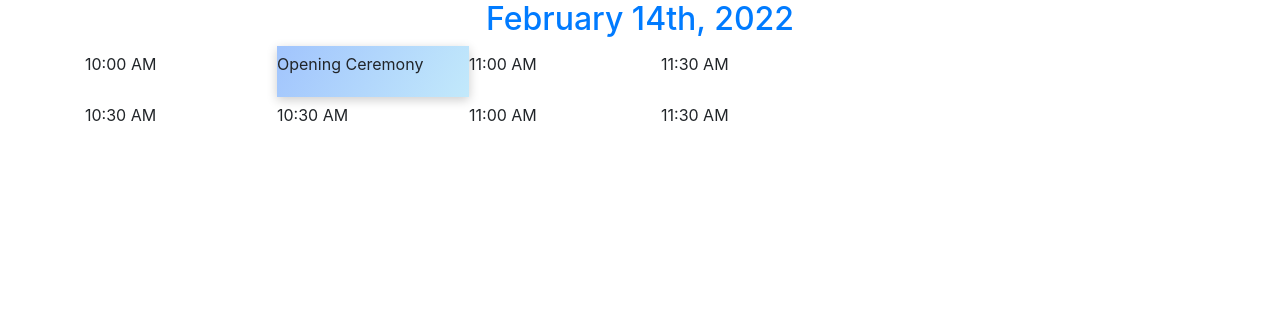
Repository: BaileyLuu/yuHacks2022
Page: public/schedule.html
An editor plug-in stored every save of this project. The page is shown before and after the next save, followed by the edit.
The browser window is 1280 px wide. The pictures show the whole page.
Some web libraries are served in a nearby version.

Above is the page before, as saved 2021-11-20 12:47:35.

### public/schedule.html
<!DOCTYPE html>
<html lang="en">

<head>
    <meta charset="UTF-8">
    <meta http-equiv="X-UA-Compatible" content="IE=edge">
    <meta name="viewport" content="width=device-width, initial-scale=1.0">

    <script src="https://ajax.googleapis.com/ajax/libs/jquery/3.5.1/jquery.min.js"></script>

    <!-- Popper JS -->
    <script src="https://cdnjs.cloudflare.com/ajax/libs/popper.js/1.12.9/umd/popper.min.js"
        integrity="sha384-ApNbgh9B+Y1QKtv3Rn7W3mgPxhU9K/ScQsAP7hUibX39j7fakFPskvXusvfa0b4Q"
        crossorigin="anonymous"></script>

    <!-- Latest compiled JavaScript -->
    <script src="https://maxcdn.bootstrapcdn.com/bootstrap/4.0.0/js/bootstrap.min.js"
        integrity="sha384-JZR6Spejh4U02d8jOt6vLEHfe/JQGiRRSQQxSfFWpi1MquVdAyjUar5+76PVCmYl"
        crossorigin="anonymous"></script>

    <!-- Latest compiled and minified CSS -->
    <link rel="stylesheet" href="https://maxcdn.bootstrapcdn.com/bootstrap/4.0.0/css/bootstrap.min.css"
        integrity="sha384-Gn5384xqQ1aoWXA+058RXPxPg6fy4IWvTNh0E263XmFcJlSAwiGgFAW/dAiS6JXm" crossorigin="anonymous">

    <!-- AOS CSS Library CDN -->
    <link href="https://unpkg.com/aos@2.3.1/dist/aos.css" rel="stylesheet">
    <!-- Bootstrap Icons -->
    <link rel="stylesheet" href="https://cdn.jsdelivr.net/npm/bootstrap-icons@1.7.0/font/bootstrap-icons.css">



    <script src="https://code.jquery.com/jquery-3.2.1.slim.min.js"
        integrity="sha384-KJ3o2DKtIkvYIK3UENzmM7KCkRr/rE9/Qpg6aAZGJwFDMVNA/GpGFF93hXpG5KkN"
        crossorigin="anonymous"></script>
    <link rel="stylesheet" href="./schedule.css">
    <script src="schedule.js"></script>
    <script src="https://ajax.googleapis.com/ajax/libs/jquery/3.3.1/jquery.min.js"></script>
    <title>yuHacks Schedule</title>
</head>

<body>
    <section class="">
        <div class="container">
            <h2 class="text-primary title text-center">February 14th, 2022</h1>

                <!-- <div class="row row-cols-2">
          <div class="col">Column</div>
          <div class="col">Column</div>
          <div class="col">Column</div>
          <div class="col">Column</div>
          <div class="col">Column</div>
          <div class="col">Column</div>

        </div>
        <div class="row row-cols-2">
            <div class="col">Column</div>
            <div class="col">Column</div>
            <div class="col">Column</div>
            <div class="col">Column</div>
            <div class="col">Column</div>
            <div class="col">Column</div>

          </div> -->
                <div class="schedule-table">



                    <div class="box schedule-time">
                        <div class="schedule-time">10:00 AM</div>
                        <div class="schedule-time session-box">Opening Ceremony</div>
                        <div class="schedule-time">11:00 AM</div>
                        <div class="schedule-time">11:30 AM</div>
                        <!-- <div class="schedule-time">12:00 PM</div>
                        <div class="schedule-time">12:30 PM</div>
                        <div class="schedule-time">01:00 PM</div>
                        <div class="schedule-time">01:30 PM</div>
                        <div class="schedule-time">02:00 PM</div>
                        <div class="schedule-time">02:30 PM</div>
                        <div class="schedule-time">03:00 PM</div>
                        <div class="schedule-time">03:30 PM</div>
                        <div class="schedule-time">04:00 PM</div>
                        <div class="schedule-time">04:30 PM</div>
                        <div class="schedule-time">05:00 PM</div>
                        <div class="schedule-time">05:30 PM</div>
                        <div class="schedule-time">06:00 PM</div>
                        <div class="schedule-time">06:30 PM</div>
                        <div class="schedule-time">07:00 PM</div>
                        <div class="schedule-time">07:30 PM</div>
                        <div class="schedule-time">08:00 PM</div>
                        <div class="schedule-time">08:30 PM</div>
                        <div class="schedule-time">09:00 PM</div>
                        <div class="schedule-time">09:30 PM</div>
                        <div class="schedule-time">10:00 PM</div>
                        <div class="schedule-time">10:30 PM</div>
                        <div class="schedule-time">11:00 PM</div>
                        <div class="schedule-time">11:30 PM</div> -->
                    </div>
                    <div class="box schedule-time">
                        <div class="schedule-time">10:30 AM</div>
                        <div class="schedule-time">10:30 AM</div>
                        <div class="schedule-time">11:00 AM</div>
                        <div class="schedule-time">11:30 AM</div>
                    </div>

                    <!-- <div class="col-md-8">
              <div>Introduction to Github</div>
              <div></div>
              <div>Introduction to Bootstrap</div>
          </div> -->

                </div>
        </div>
    </section>

    <script src="https://cdnjs.cloudflare.com/ajax/libs/jquery/3.6.0/jquery.min.js"
        integrity="sha512-894YE6QWD5I59HgZOGReFYm4dnWc1Qt5NtvYSaNcOP+u1T9qYdvdihz0PPSiiqn/+/3e7Jo4EaG7TubfWGUrMQ=="
        crossorigin="anonymous" referrerpolicy="no-referrer"></script>
    <!-- Option 1: Bootstrap Bundle with Popper -->
    <script src="https://cdn.jsdelivr.net/npm/bootstrap@5.1.3/dist/js/bootstrap.bundle.min.js"
        integrity="sha384-ka7Sk0Gln4gmtz2MlQnikT1wXgYsOg+OMhuP+IlRH9sENBO0LRn5q+8nbTov4+1p"
        crossorigin="anonymous"></script>

    <script src="https://unpkg.com/aos@2.3.1/dist/aos.js"></script>
    <script>
        AOS.init({
            offset: 500,
            duration: 800,
            once: true,
        }

        );
    </script>
</body>

</html>

### public/schedule.css
/* body {
    background-color: #141c3c;
  } */

.schedule-time{
  display:flex;
  flex-direction: column;
  width:15vw;
  height:7vh;
  box-sizing: border-box;
  z-index: 50;
  line-height: 5vh;
  flex-wrap: wrap;

}
.session-box{
  background-image: linear-gradient(120deg, #a1c4fd 0%, #c2e9fb 100%);
  box-shadow: 0 3px 10px rgb(0 0 0 / 0.2);

  display: inline-block;
}
.schedule-table{
  display:flex;
  flex-direction:column;

}
.box>* {
  flex: 1 1 50px;
}

Loaded but not shown: public/schedule.js (no copy from this time; the picture is the same without it)

After the next save:
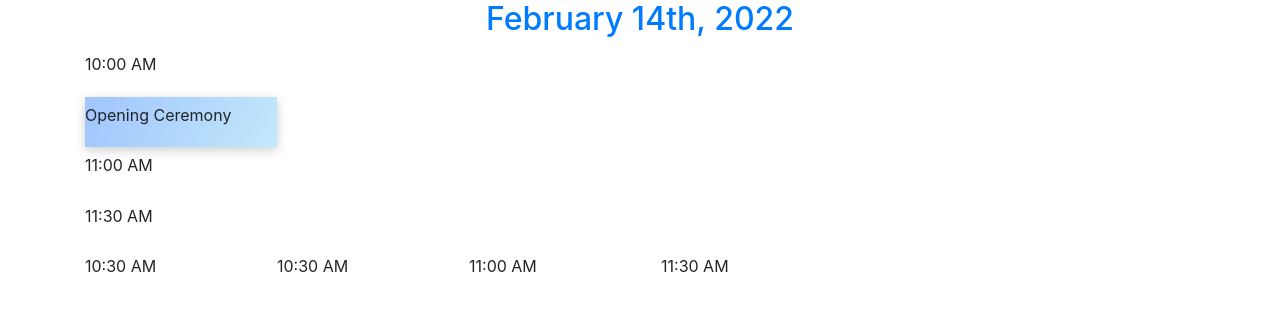
Saved 30 s later.
--- a/public/schedule.html
+++ b/public/schedule.html
@@ -65,7 +65,7 @@
 
 
 
-                    <div class="box schedule-time">
+                    <div class="box ">
                         <div class="schedule-time">10:00 AM</div>
                         <div class="schedule-time session-box">Opening Ceremony</div>
                         <div class="schedule-time">11:00 AM</div>
